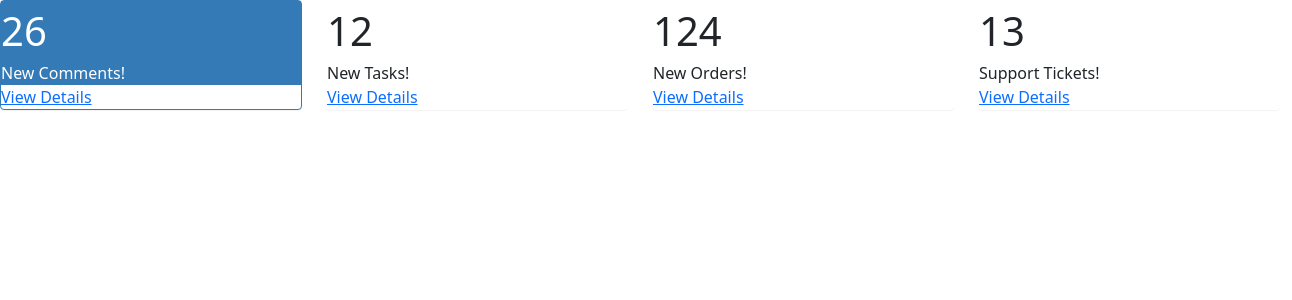
Repository: aache/call-log-management
Page: /dashboard
The author's editor kept a copy of each file at every save. The page is drawn from the files as they stood at one save, then again after the next save.
The browser window is 1280 px wide. The page is 1292 px wide, so the pictures cover 1292 px, including what lies to the right of the window. The pictures show the whole page.
The project was rebuilt for these pictures with package versions that can differ from the ones it lists, and the page was loaded fresh each time. Also part of the build but not shown: angular.json, src/app/login/login.component.ts, src/app/vertical-navigation/vertical-navigation.component.ts.

Above is the page before, as saved 2019-01-05 16:06:55.

After the next save:
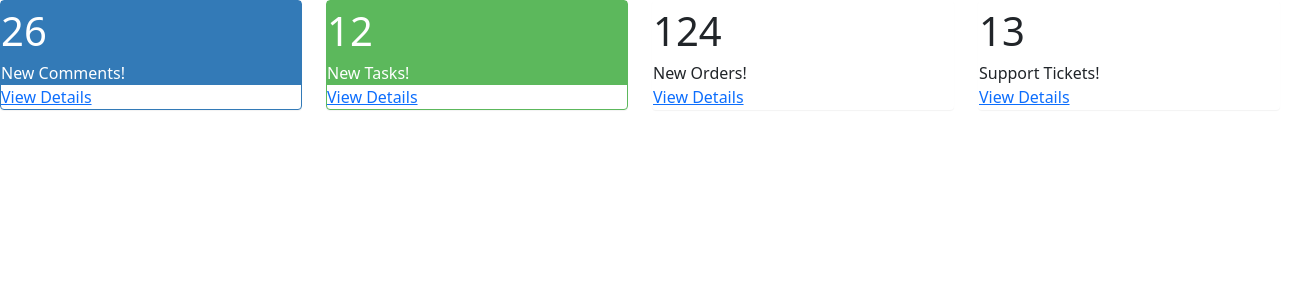
Saved 80 s later.
--- a/src/app/dashboard/dashboard.component.css
+++ b/src/app/dashboard/dashboard.component.css
@@ -25,20 +25,11 @@
     border-color: #337ab7;
   }
 
-  .panel-success {
-    border-color: #d6e9c6;
+  .panel-green {
+    border-color: #5cb85c;
   }
-  .panel-success > .panel-heading {
-    color: #3c763d;
-    background-color: #dff0d8;
-    border-color: #d6e9c6;
+  .panel-green > .panel-heading {
+    border-color: #5cb85c;
+    color: white;
+    background-color: #5cb85c;
   }
-
-  .panel-danger {
-    border-color: #ebccd1;
-  }
-  .panel-danger > .panel-heading {
-    color: #a94442;
-    background-color: #f2dede;
-    border-color: #ebccd1;
-  }
